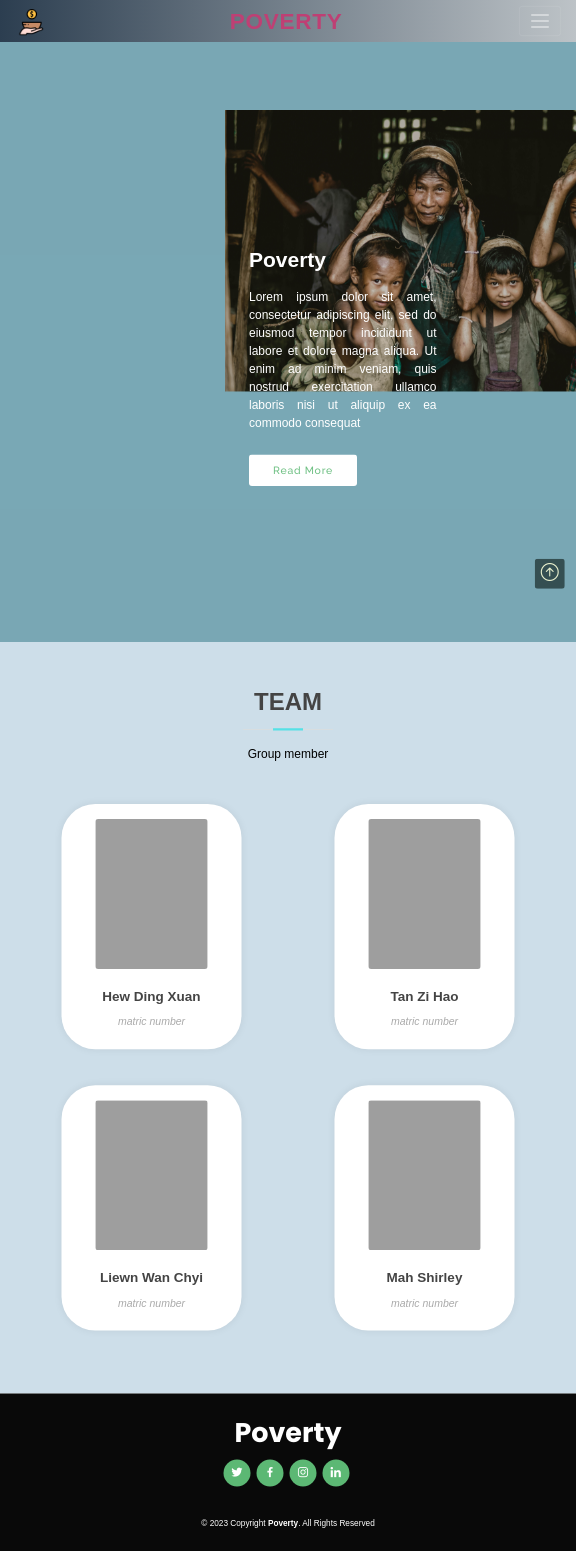
Repository: oscarhew/OSP_WIE2002
Page: index.html
An editor plug-in stored every save of this project. The page is shown before and after the next save, followed by the edit.
The browser window is 768 px wide. The pictures show the whole page, at 75% of full size.
Pictures or frames that could not be fetched are drawn as grey boxes.

Above is the page before, as saved 2023-04-02 15:03:36.

### index.html
<!DOCTYPE html>
<html lang="en">
<head>
    <meta charset="UTF-8">
    <meta http-equiv="X-UA-Compatible" content="IE=edge">
    <meta name="viewport" content="width=device-width, initial-scale=1.0">
    <title>Poverty</title>

    <!-- Favicon -->
    <link href="assets/img/logo.png" rel="icon">

    <!-- Google Fonts -->
    <link
      href="https://fonts.googleapis.com/css?family=Open+Sans:300,300i,400,400i,600,600i,700,700i|Raleway:300,300i,400,400i,500,500i,600,600i,700,700i|Poppins:300,300i,400,400i,500,500i,600,600i,700,700i"
      rel="stylesheet">

    <!-- Animate.css -->
    <link href="https://cdnjs.cloudflare.com/ajax/libs/animate.css/4.1.1/animate.min.css" rel="stylesheet" />

    <!-- Bootstrap 5 -->
    <link href="https://cdn.jsdelivr.net/npm/bootstrap@5.0.2/dist/css/bootstrap.min.css" rel="stylesheet"
        integrity="sha384-EVSTQN3/azprG1Anm3QDgpJLIm9Nao0Yz1ztcQTwFspd3yD65VohhpuuCOmLASjC" crossorigin="anonymous">
    <link rel="stylesheet" href="https://cdn.jsdelivr.net/npm/bootstrap-icons@1.8.1/font/bootstrap-icons.css">

    <!-- Boxicons -->
    <link href='https://unpkg.com/boxicons@2.1.2/css/boxicons.min.css' rel='stylesheet'>

    <!-- Template Main CSS File -->
    <link href="assets/css/main.css" rel="stylesheet">
</head>

<body class="d-flex flex-column min-vh-100">
  <!-- ======= Header ======= -->
  <nav id="header" class="navbar sticky-top navbar-expand-lg navbar-dark gradient-custom bg-dark p-2">
    <div class="container-fluid">

      <div class="collapse navbar-collapse justify-content-start" id="navbarNavAltMarkup">
        <ul class="navbar-nav">
          <li class="nav-item"><a class="nav-link" href="causes.html">Causes</a></li>
          <li class="nav-item"><a class="nav-link" href="effects.html">Effects</a></li>
          <li class="nav-item"><a class="nav-link" href="solutions.html">Solutions</a></li>
          <li class="nav-item"><a class="nav-link" href="graphs.html">Graphs</a></li>
          <li class="nav-item"><a class="nav-link" href="organizations.html">Organizations</a></li>
        </ul>
      </div>
      <a class="px-1" href="index.html">
        <img src="assets/img/logo.png" alt="" width="35" height="35" class="d-inline-block align-text-top">
        <h1 class="logo"><a href="index.html">POVERTY</a></h1>
      </a>

      <button class="navbar-toggler" type="button" data-bs-toggle="collapse" data-bs-target="#navbarNavAltMarkup"
        aria-controls="navbarNavAltMarkup" aria-expanded="false" aria-label="Toggle navigation">
        <span class="navbar-toggler-icon"></span>
      </button>
    </div>
  </nav>
  <!-- End Header -->

  <div class="flex-grow-1">
    <!-- ======= Hero Section ======= -->
    <section id="hero">
      <div id="heroCarousel" data-bs-interval="5000" class="carousel slide carousel-fade" data-bs-ride="carousel">

        <ol class="carousel-indicators" id="hero-carousel-indicators"></ol>

        <div class="carousel-inner" role="listbox">

          <!-- Slide 1 -->
          <div class="carousel-item active" style="background-image: url(assets/img/slide/index_background.jpg)">
            <div class="carousel-container">
              <div class="container">
                <h2 class="animate__animated animate__fadeInDown">Poverty</h2>
                <p class="animate__animated animate__fadeInUp">

                  Lorem ipsum dolor sit amet, consectetur adipiscing elit,
                  sed do eiusmod tempor incididunt ut labore et dolore magna aliqua. Ut enim ad minim veniam, quis nostrud exercitation ullamco laboris nisi ut aliquip ex ea commodo consequat</p>

                  <a href="definition.html" class="btn-get-started animate__animated animate__fadeInUp scrollto">Read More</a>
              </div>
            </div>
          </div>

        </div>
      </div>
    </section><!-- End Hero -->

    <!-- ======= Team Section ======= -->
    <section class="team section-bg">
      <div class="container-fluid">
        <div class="section-title">
          <h2>Team</h2>
          <p >Group member</p>
        </div>
        <div class="row mx-2">
          <div class="col-lg-6 col-sm-6">
            <div class="member mx-auto my-4">
              <img src="assets/img/team/dingXuan.jpeg" class="rounded" alt="...">
              <div class="card-body">
                <h4 class="card-title">Hew Ding Xuan</h4>
                <p class="card-text">matric number</p>
              </div>
            </div>
          </div>
          <div class="col-lg-6 col-sm-6">
            <div class="member mx-auto my-4">
              <img src="assets/img/team/ziHao.jpeg" class="rounded" alt="...">
              <div class="card-body">
                <h4 class="card-title">Tan Zi Hao</h4>
                <p class="card-text">matric number</p>
              </div>
            </div>
          </div>
          <div class="col-lg-6 col-sm-6">
            <div class="member mx-auto my-4">
              <img src="assets/img/team/wanChyi.jpeg" class="rounded" alt="...">
              <div class="card-body">
                <h4 class="card-title">Liewn Wan Chyi</h4>
                <p class="card-text">matric number</p>
              </div>
            </div>
          </div>
          <div class="col-lg-6 col-sm-6">
            <div class="member mx-auto my-4">
              <img src="assets/img/team/shirley.jpeg" class="rounded" alt="...">
              <div class="card-body">
                <h4 class="card-title">Mah Shirley</h4>
                <p class="card-text">matric number</p>
              </div>
            </div>
          </div>

        </div>
      </div>
    </section>
    <!-- End Team Section -->

  </div>

  <!-- ======= Footer ======= -->
  <footer id="footer" class="mt-auto">
    <div class="container">
      <h3>Poverty</h3>
      <div class="social-links">
        <a href="#" class="twitter"><i class="bx bxl-twitter"></i></a>
        <a href="#" class="facebook"><i class="bx bxl-facebook"></i></a>
        <a href="#" class="instagram"><i class="bx bxl-instagram"></i></a>
        <a href="#" class="linkedin"><i class="bx bxl-linkedin"></i></a>
      </div>
      <div class="copyright">
        &copy; 2023 Copyright <strong><span>Poverty</span></strong>. All Rights Reserved
      </div>
    </div>
  </footer>
  <!-- End Footer -->

  <!-- Back to Top -->
  <a href="#" class="back-to-top d-flex align-items-center justify-content-center">
    <span><i class="bi bi-arrow-up-circle"></i></span>
  </a>

  <script src="https://cdn.jsdelivr.net/npm/bootstrap@5.0.2/dist/js/bootstrap.bundle.min.js"
    integrity="sha384-MrcW6ZMFYlzcLA8Nl+NtUVF0sA7MsXsP1UyJoMp4YLEuNSfAP+JcXn/tWtIaxVXM"
    crossorigin="anonymous"></script>

</body>
</html>

### assets/css/main.css
/*--------------------------------------------------------------
# General
--------------------------------------------------------------*/

body {
    overflow-x: hidden;
    font-family: "Comic Sans MS", sans-serif;
    color: #444444;
  }

  a {
    text-decoration: none;
    color: #be4074;
  }

  a:hover {
    color: #4b083d;
    text-decoration: none;
  }

  h1, h2, h3, h4, h5, h6 {
    font-family: "Bahnschrift", sans-serif;
  }

  /*--------------------------------------------------------------
  # Header
  --------------------------------------------------------------*/
  #header {
    transition: all 0.5s;
  }
  #header.header-scrolled {
    box-shadow: 0px 2px 15px rgba(0, 0, 0, 0.1);
  }
  #header .logo {
    font-size: 30px;
    margin: 0;
    padding: 0;
    line-height: 1;
    font-weight: 700;
    letter-spacing: 1px;
    text-transform: uppercase;
    color: #081d0d;
  }

  /*--------------------------------------------------------------
  # Navigation Menu
  --------------------------------------------------------------*/
  /**
  * Desktop Navigation
  */
  .gradient-custom {
    background: #c471f5;

    background: linear-gradient(to right, #2c3e50, #bdc3c7)
  }

  .navbar-dark .navbar-nav .nav-link {
    color: #32292F;
  }

  .navbar-nav .nav-item{
    color: #5cb874 !important;
  }
  .navbar-nav .nav-item .nav-link:hover {
    color: #ff0000;
  }

  .navbar-nav .nav-item .active {
    color: #a1164b !important;
  }

  .navbar-nav .nav-item .getstarted, .navbar-nav .nav-item .getstarted:focus{
    color: #5cb874;
    padding: 8px 25px;
    margin-left: 30px;
    margin-right: 30px;
    border-radius: 4px;
    border: 2px solid #5cb874;
    transition: 0.3s;
    font-size: 14px;
  }
  .navbar-nav .nav-item .getstarted:hover, .navbar-nav .nav-item .getstarted:focus:hover {
    background: #5cb874;
    color: #3c2121;
  }

  /*--------------------------------------------------------------
# Back to top button
--------------------------------------------------------------*/
.back-to-top {
  position: fixed;
  right: 15px;
  bottom: 15px;
  z-index: 996;
  background: #354f52;
  width: 40px;
  height: 40px;
  border-radius: 4px;
  transition: all 0.4s;
  }

  .back-to-top .bi {
  font-size: 24px;
  color: #e8efcd;
  line-height: 0;
  }

  .back-to-top:hover {
  background: #e8efcd;
  color: #354f52;
  }

  .back-to-top .bi:hover{
  color: #354f35;
  }

  /*--------------------------------------------------------------
  # Hero Section
  --------------------------------------------------------------*/
  #hero {
    width: 100%;
    height: calc(100vh - 70px);
    background-color: rgba(88, 146, 162, 0.8);
    overflow: hidden;
    position: relative;
  }
  #hero .carousel, #hero .carousel-inner, #hero .carousel-item, #hero .carousel-item::before {
    background-size: contain;
    background-position: right top;
    background-repeat: no-repeat;
    position: absolute;
    top: 30px;
    right: 0;
    left: 100px;
    bottom: 30px;
  }
  #hero .carousel-item::before {
    content: "";

  }
  #hero .carousel-container {
    display: flex;
    justify-content: center;
    align-items: center;
    position: absolute;
    bottom: 0;
    top: 0;
    left: 20px;
    right: 50px;
  }
  #hero .container {
    text-align: left;
  }
  #hero h2 {
    color: #fff;
    margin-bottom: 20px;
    font-size: 48px;
    font-weight: 700;
  }
  #hero p {
    -webkit-animation-delay: 0.4s;
    animation-delay: 0.4s;
    margin: 0 auto 30px 0;
    color: #fff;
    inline-size: 250px;
    text-align: justify;
  }
  #hero .carousel-inner .carousel-item {
    transition-property: opacity;
    background-position: center top;
  }
  #hero .carousel-inner .carousel-item,
  #hero .carousel-inner .active.carousel-item-start,
  #hero .carousel-inner .active.carousel-item-end {
    opacity: 0;
  }
  #hero .carousel-inner .active,
  #hero .carousel-inner .carousel-item-next.carousel-item-start,
  #hero .carousel-inner .carousel-item-prev.carousel-item-end {
    opacity: 1;
    transition: 0.5s;
  }
  #hero .carousel-control-next-icon, #hero .carousel-control-prev-icon {
    background: none;
    font-size: 30px;
    line-height: 0;
    width: auto;
    height: auto;
    background: rgba(255, 255, 255, 0.2);
    border-radius: 50px;
    transition: 0.3s;
    color: rgba(255, 255, 255, 0.5);
    width: 54px;
    height: 54px;
    display: flex;
    align-items: center;
    justify-content: center;
  }
  #hero .carousel-control-next-icon:hover, #hero .carousel-control-prev-icon:hover {
    background: rgba(255, 255, 255, 0.3);
    color: rgba(255, 255, 255, 0.8);
  }
  #hero .carousel-indicators li {
    cursor: pointer;
    background: #fff;
    overflow: hidden;
    border: 0;
    width: 12px;
    height: 12px;
    border-radius: 50px;
    opacity: 0.6;
    transition: 0.3s;
  }
  #hero .carousel-indicators li.active {
    opacity: 1;
    background: #5cb874;
  }
  #hero .btn-get-started {
    font-family: "Raleway", sans-serif;
    font-weight: 500;
    font-size: 14px;
    letter-spacing: 1px;
    display: inline-block;
    padding: 14px 32px;
    border-radius: 4px;
    transition: 0.5s;
    line-height: 1;
    color: #6ec083;
    -webkit-animation-delay: 0.8s;
    animation-delay: 0.8s;
    background: #ffffff;
  }
  #hero .btn-get-started:hover {
    background: #ffffff;
  }
  @media (max-width: 992px) {
    #hero {
      height: 100vh;
    }
    #hero .carousel-container {
      top: 66px;
    }
  }
  @media (max-width: 768px) {
    #hero h2 {
      font-size: 28px;
    }
  }
  @media (min-width: 1024px) {
    #hero .carousel-control-prev, #hero .carousel-control-next {
      width: 5%;
    }
  }
  @media (max-height: 500px) {
    #hero {
      height: 120vh;
    }
  }


  /*--------------------------------------------------------------
  # Why Us
  --------------------------------------------------------------*/
  .why-us {
    padding: 0;
  }
  .why-us .row {
    overflow: hidden;
  }
  .why-us .content-item {
    padding: 40px;
    border-left: 1px solid #eee;
    border-bottom: 1px solid #eee;
    margin: -1px;
  }
  .why-us .content-item span {
    display: block;
    font-size: 24px;
    font-weight: 400;
    color: #6ec083;
  }
  .why-us .content-item h4 {
    font-size: 26px;
    font-weight: 300;
    padding: 0;
    margin: 20px 0;
  }
  .why-us .content-item p {
    color: #aaaaaa;
    font-size: 15px;
    margin: 0;
    padding: 0;
  }
  @media (max-width: 768px) {
    .why-us .content-item {
      padding: 40px 0;
    }
  }

  /*--------------------------------------------------------------
  # About Us
  --------------------------------------------------------------*/
  .about .content h3 {
    font-weight: 700;
    font-size: 28px;
  }
  .about .content ul {
    list-style: none;
    padding: 0;
  }
  .about .content ul li {
    padding-bottom: 10px;
  }
  .about .content ul i {
    font-size: 20px;
    padding-right: 4px;
    color: #5cb874;
  }
  .about .content p:last-child {
    margin-bottom: 0;
  }

  /*--------------------------------------------------------------
  # Portfolio
  --------------------------------------------------------------*/
  .portfolio{
    margin-bottom: 80px;
  }
  .portfolio .portfolio-item {
    margin-bottom: 30px;
  }
  .portfolio #portfolio-flters {
    padding: 0;
    margin: 0 auto 20px auto;
    list-style: none;
    text-align: center;
  }
  .portfolio #portfolio-flters li {
    cursor: pointer;
    display: inline-block;
    padding: 8px 15px 10px 15px;
    font-size: 14px;
    font-weight: 600;
    line-height: 1;
    text-transform: uppercase;
    color: #444444;
    margin-bottom: 5px;
    transition: all 0.3s ease-in-out;
    border-radius: 3px;
  }
  .portfolio #portfolio-flters li:hover, .portfolio #portfolio-flters li.filter-active {
    color: #fff;
    background: #5cb874;
  }
  .portfolio #portfolio-flters li:last-child {
    margin-right: 0;
  }
  .portfolio .portfolio-wrap {
    transition: 0.3s;
    position: relative;
    overflow: hidden;
    z-index: 1;
    background: rgba(34, 34, 34, 0.6);
  }
  .portfolio .portfolio-wrap::before {
    content: "";
    background: rgba(34, 34, 34, 0.6);
    position: absolute;
    left: 0;
    right: 0;
    top: 0;
    bottom: 0;
    transition: all ease-in-out 0.3s;
    z-index: 2;
    opacity: 0;
  }
  .portfolio .portfolio-wrap img {
    transition: all ease-in-out 0.3s;
  }
  .portfolio .portfolio-wrap .portfolio-info {
    opacity: 0;
    position: absolute;
    top: 0;
    left: 0;
    right: 0;
    bottom: 0;
    z-index: 3;
    transition: all ease-in-out 0.3s;
    display: flex;
    flex-direction: column;
    justify-content: flex-end;
    align-items: flex-start;
    padding: 20px;
  }
  .portfolio .portfolio-wrap .portfolio-info h4 {
    font-size: 20px;
    color: #fff;
    font-weight: 600;
  }
  .portfolio .portfolio-wrap .portfolio-info p {
    color: rgba(255, 255, 255, 0.7);
    font-size: 14px;
    text-transform: uppercase;
    padding: 0;
    margin: 0;
    font-style: italic;
  }
  .portfolio .portfolio-wrap .portfolio-links {
    text-align: center;
    z-index: 4;
  }
  .portfolio .portfolio-wrap .portfolio-links a {
    color: #fff;
    margin: 0 5px 0 0;
    font-size: 28px;
    display: inline-block;
    transition: 0.3s;
  }
  .portfolio .portfolio-wrap .portfolio-links a:hover {
    color: #6ec083;
  }
  .portfolio .portfolio-wrap:hover::before {
    opacity: 1;
  }
  .portfolio .portfolio-wrap:hover img {
    transform: scale(1.2);
  }
  .portfolio .portfolio-wrap:hover .portfolio-info {
    opacity: 1;
  }

  /*--------------------------------------------------------------
  # Portfolio Details
  --------------------------------------------------------------*/
  .portfolio-details {
    padding-top: 40px;
  }
  .portfolio-details .portfolio-details-slider img {
    width: 100%;
  }
  .portfolio-details .portfolio-details-slider .swiper-pagination {
    margin-top: 20px;
    position: relative;
  }
  .portfolio-details .portfolio-details-slider .swiper-pagination .swiper-pagination-bullet {
    width: 12px;
    height: 12px;
    background-color: #fff;
    opacity: 1;
    border: 1px solid #5cb874;
  }
  .portfolio-details .portfolio-details-slider .swiper-pagination .swiper-pagination-bullet-active {
    background-color: #5cb874;
  }
  .portfolio-details .portfolio-info {
    padding: 30px;
    box-shadow: 0px 0 30px rgba(34, 34, 34, 0.08);
  }
  .portfolio-details .portfolio-info h3 {
    font-size: 22px;
    font-weight: 700;
    margin-bottom: 20px;
    padding-bottom: 20px;
    border-bottom: 1px solid #eee;
  }
  .portfolio-details .portfolio-info ul {
    list-style: none;
    padding: 0;
    font-size: 15px;
  }
  .portfolio-details .portfolio-info ul li + li {
    margin-top: 10px;
  }
  .portfolio-details .portfolio-description {
    padding-top: 30px;
  }
  .portfolio-details .portfolio-description h2 {
    font-size: 26px;
    font-weight: 700;
    margin-bottom: 20px;
  }
  .portfolio-details .portfolio-description p {
    padding: 0;
  }


  /*--------------------------------------------------------------
  # Sections General
  --------------------------------------------------------------*/
  section {
    padding: 60px 0;
  }

  .section-bg {
    background-color: #c9dce8ec;
  }

  .section-title {
    text-align: center;
    padding-bottom: 30px;
  }

  .section-title .image-center{
    display: block;
    margin-left: auto;
    margin-right: auto;
  }

  .section-title h2 {
    font-size: 32px;
    font-weight: bold;
    text-transform: uppercase;
    margin-bottom: 20px;
    padding-bottom: 20px;
    position: relative;
  }
  .section-title h2::before {
    content: "";
    position: absolute;
    display: block;
    width: 120px;
    height: 1px;
    background: #ddd;
    bottom: 1px;
    left: calc(50% - 60px);
    font-size: 20px;
  }
  .section-title h2::after {
    content: "";
    position: absolute;
    display: block;
    width: 40px;
    height: 3px;
    background: #56e1e6;
    bottom: 0;
    left: calc(50% - 20px);
  }
  .section-title p {
    margin-bottom: 0;
    font-size: 16px;
    color: #000000;
  }

  .section-title .italic {
    font-size: 10px;
  }

  /*--------------------------------------------------------------
  # Team
  --------------------------------------------------------------*/

  .team .member {
    text-align: center;
    margin-bottom: 30px;
    box-shadow: 0px 0px 12px 0px rgba(34, 34, 34, 0.07);
    padding: 10px 20px;
    width: 15rem;
    background: #fff;
    border-radius: 45px;
  }
  .team .member img {
    width: 150px;
    height: 200px;
    margin: 10px 0 10px 0;
  }
  .team .member h4 {
    font-weight: 700;
    margin-bottom: 2px;
    font-size: 18px;
  }
  .team .member p {
    padding-top: 10px;
    font-size: 14px;
    font-style: italic;
    color: #aaaaaa;
  }

  /*--------------------------------------------------------------
  # Footer
  --------------------------------------------------------------*/
  #footer {
    background: #090909;
    color: #fff;
    font-size: 14px;
    text-align: center;
    padding: 30px 0;
  }
  #footer h3 {
    font-size: 36px;
    font-weight: 700;
    color: #fff;
    position: relative;
    font-family: "Poppins", sans-serif;
    padding: 0;
    margin: 0 0 15px 0;
  }
  #footer p {
    font-size: 15;
    font-style: italic;
    padding: 0;
    margin: 0 0 40px 0;
  }
  #footer .social-links {
    margin: 0 0 40px 0;
  }
  #footer .social-links a {
    font-size: 18px;
    display: inline-block;
    background: #5cb874;
    color: #fff;
    line-height: 1;
    padding: 8px 0;
    margin-right: 4px;
    border-radius: 50%;
    text-align: center;
    width: 36px;
    height: 36px;
    transition: 0.3s;
  }
  #footer .social-links a:hover {
    background: #449d5b;
    color: #fff;
    text-decoration: none;
  }
  #footer .copyright {
    margin: 0;
    font-size: 11px;
    vertical-align: baseline;
  }

After the next save:
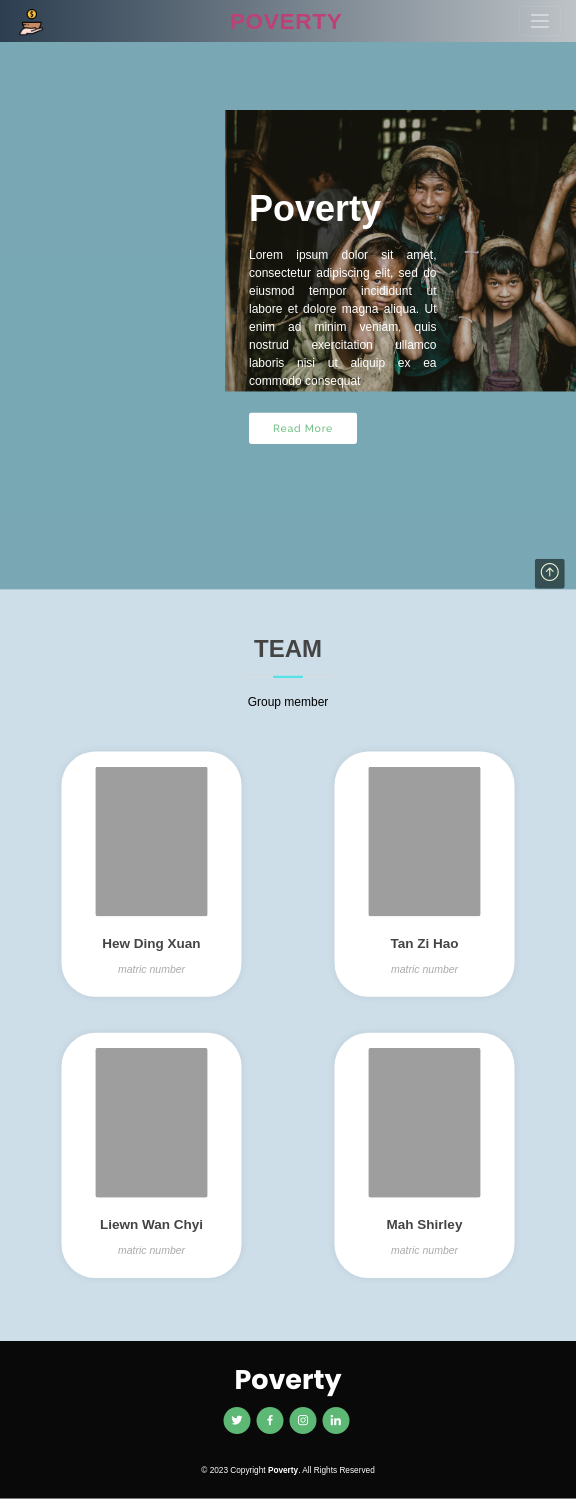
Saved 6 min 23 s later.
--- a/assets/css/main.css
+++ b/assets/css/main.css
@@ -233,7 +233,7 @@
   #hero .btn-get-started:hover {
     background: #ffffff;
   }
-  @media (max-width: 992px) {
+  /* @media (max-width: 992px) {
     #hero {
       height: 100vh;
     }
@@ -254,7 +254,7 @@
   @media (max-height: 500px) {
     #hero {
       height: 120vh;
-    }
+    } */
   }
 
 

After the save that followed:
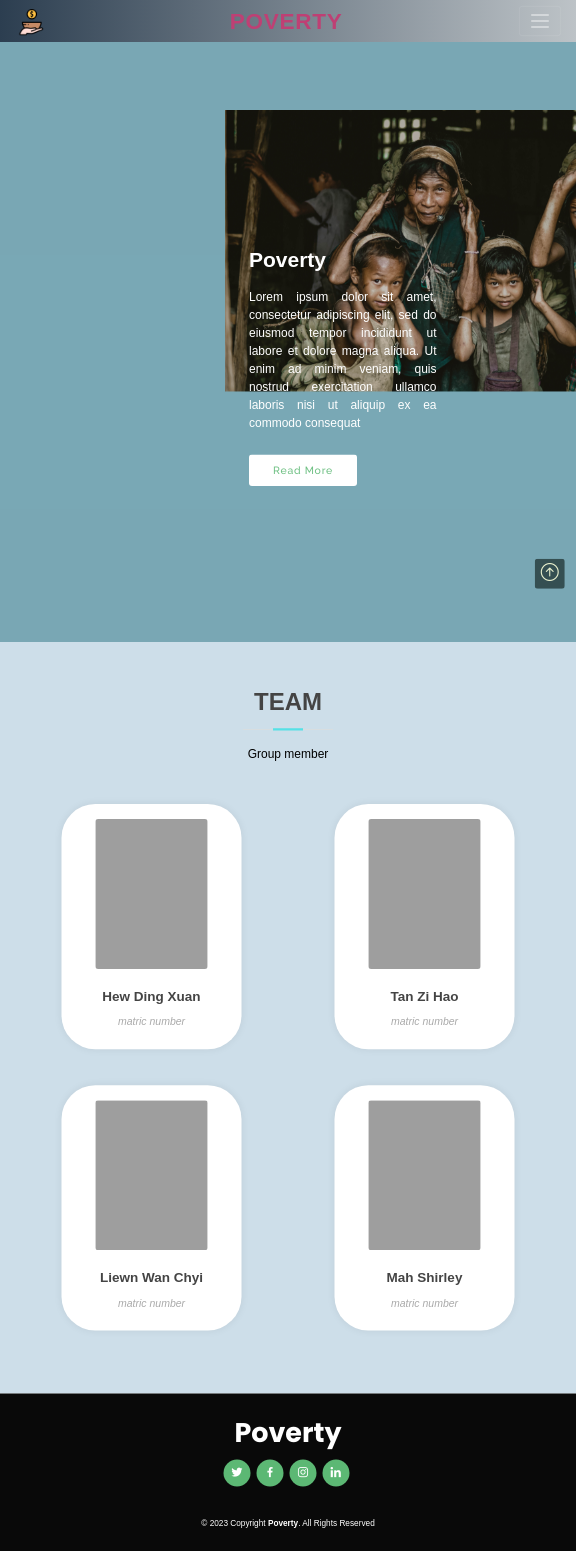
Saved 8 s later.
--- a/assets/css/main.css
+++ b/assets/css/main.css
@@ -233,7 +233,7 @@
   #hero .btn-get-started:hover {
     background: #ffffff;
   }
-  /* @media (max-width: 992px) {
+  @media (max-width: 992px) {
     #hero {
       height: 100vh;
     }
@@ -254,7 +254,7 @@
   @media (max-height: 500px) {
     #hero {
       height: 120vh;
-    } */
+    }
   }
 
 
